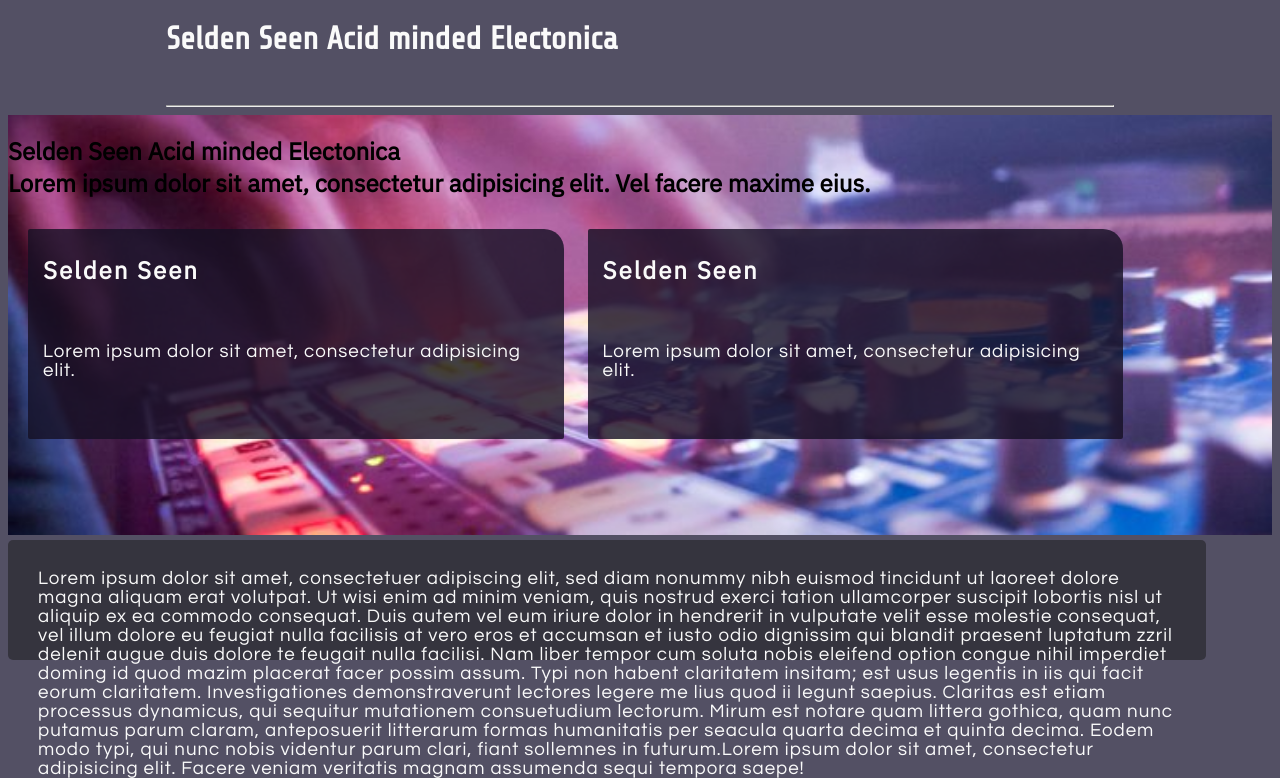
Repository: josvelema/milestone
Page: index.html
The author's editor kept a record of every edit. The page is drawn from the files as they stood at one moment, then again after the next edit.
The browser window is 1280 px wide. The pictures show the whole page.
Backgrounds fixed to the window are drawn as part of the page.

Above is the page before.

After the next edit:
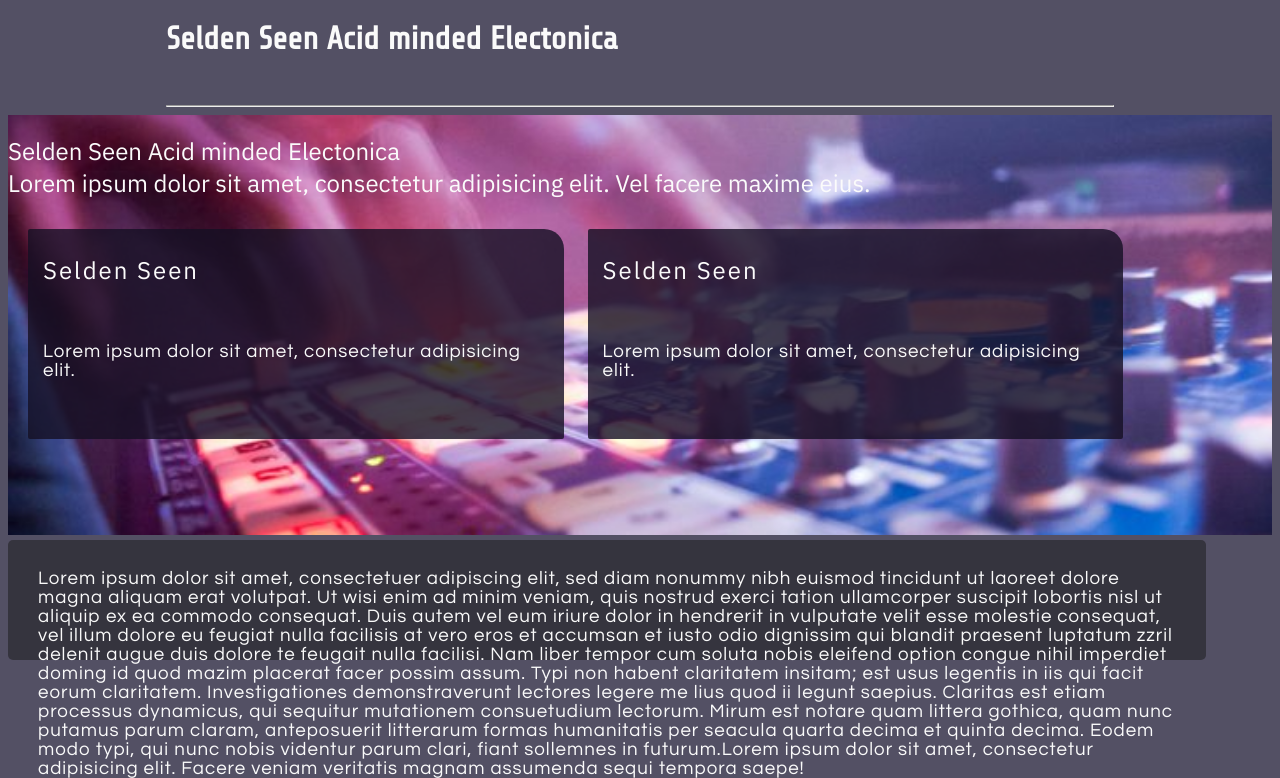
The edit:
--- a/CSS/style.css
+++ b/CSS/style.css
@@ -17,6 +17,8 @@
 
 h2 {
     font-family: 'IBM Plex Sans', sans-serif;
+    font-weight: 400 ;
+    color: #fbfbfb;
 }
 
 .head {
